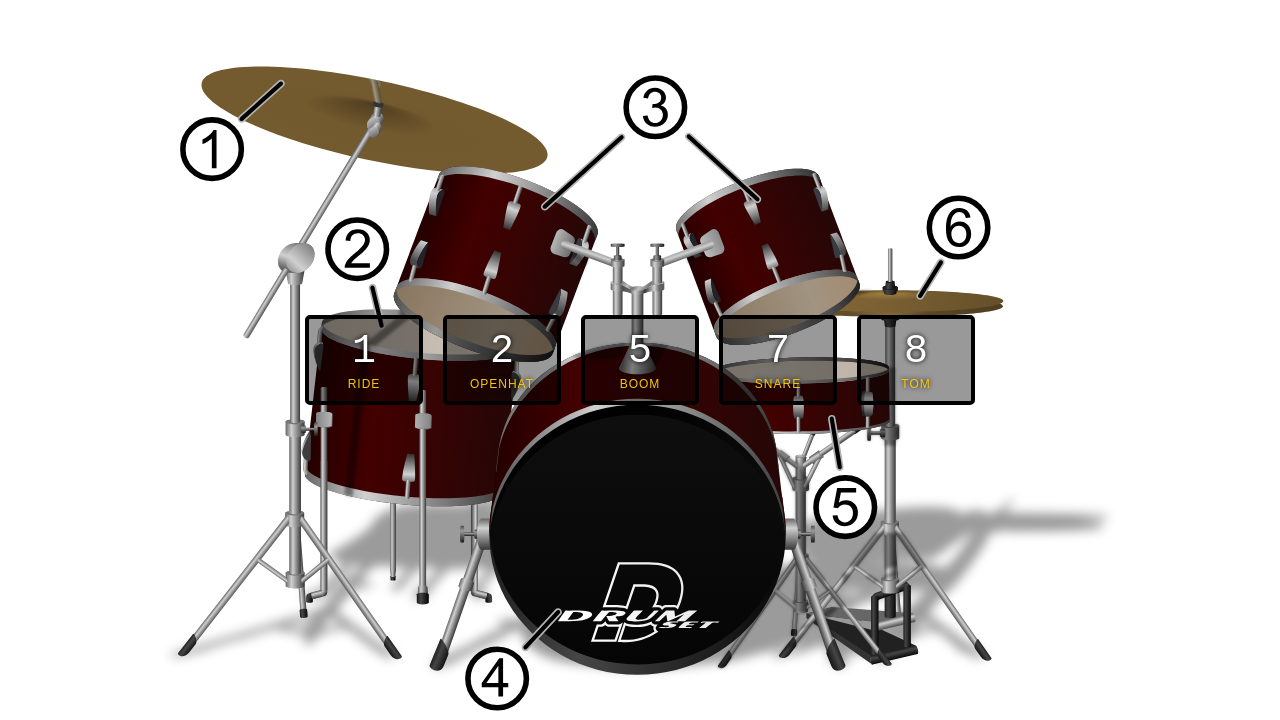
Repository: polishchuk404/drum-kit
Page: index.html
These files come from the project's save history. The page is drawn as it stood at one moment and after the next save; the edit follows.
The browser window is 1280 px wide. The pictures show the whole page.

Above is the page before, as saved 2020-10-12 13:51:18.

After the next save:
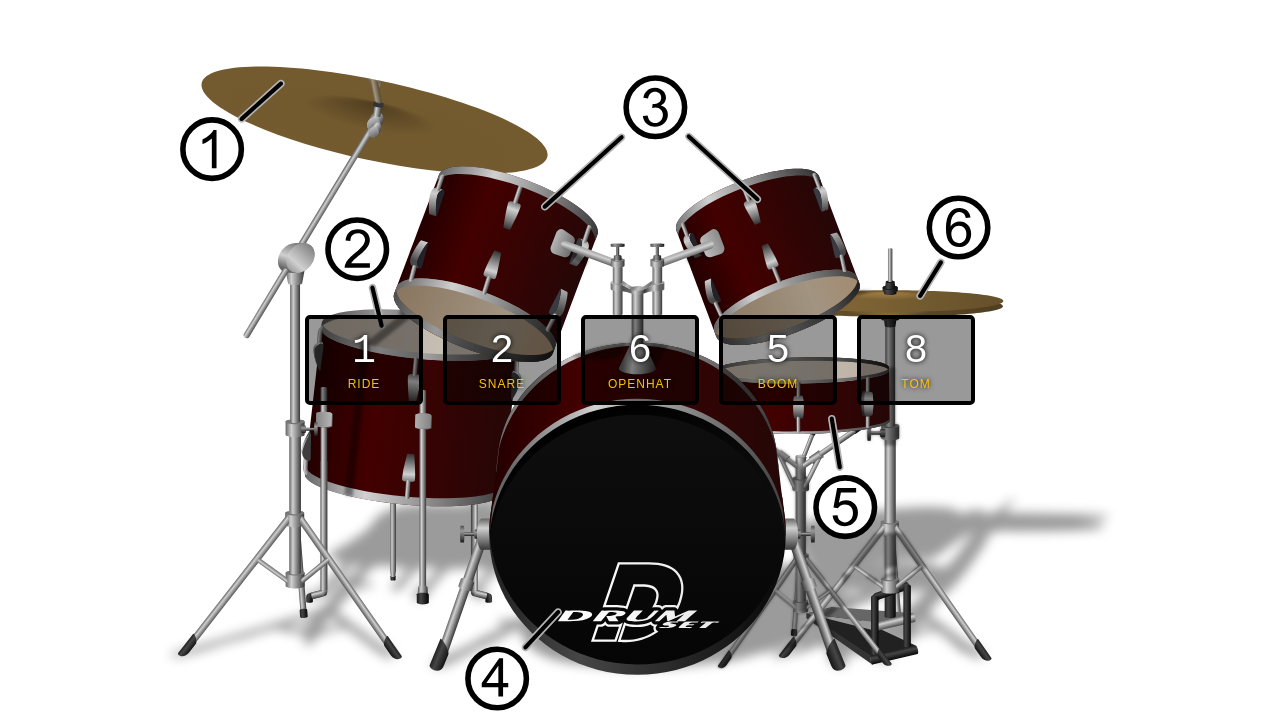
Saved 75 s later.
--- a/index.html
+++ b/index.html
@@ -23,6 +23,10 @@
     </div>
     <div data-key="98" class="key">
       <kbd>2</kbd>
+      <span class="sound">snare</span>
+    </div>
+    <div data-key="99" class="key">
+      <kbd>6</kbd>
       <span class="sound">openhat</span>
     </div>
     <div data-key="101" class="key">
@@ -30,10 +34,7 @@
       <span class="sound">boom</span>
     </div>
 
-    <div data-key="103" class="key">
-      <kbd>7</kbd>
-      <span class="sound">snare</span>
-    </div>
+
     <div data-key="104" class="key">
       <kbd>8</kbd>
       <span class="sound">tom</span>
@@ -45,7 +46,7 @@
   <audio data-key="98" src="./sounds/openhat.wav"></audio>
   <audio data-key="101" src="./sounds/boom.wav"></audio>
   <audio data-key="97" src="./sounds/ride.wav"></audio>
-  <audio data-key="103" src="./sounds/snare.wav"></audio>
+  <audio data-key="98" src="./sounds/snare.wav"></audio>
   <audio data-key="104" src="./sounds/tom.wav"></audio>
 
 
